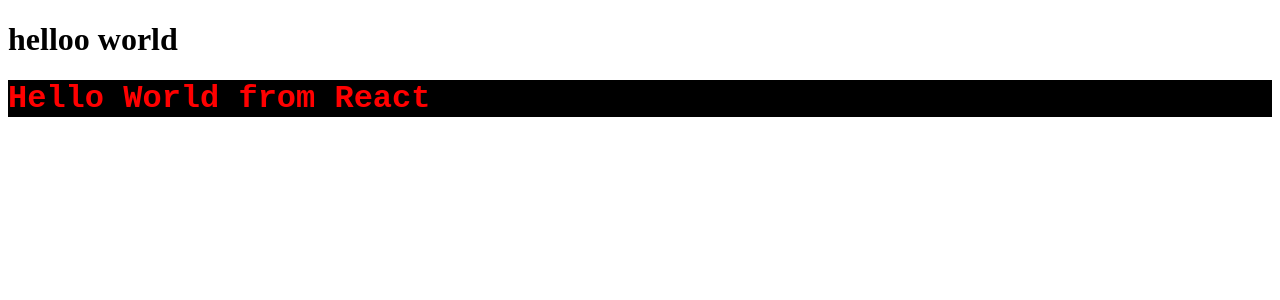
Repository: priyankanandre/Namste-React
Page: index.html
These files come from the project's save history. The page is drawn as it stood at one moment and after the next save; the edit follows.
The browser window is 1280 px wide. The pictures show the whole page.

Above is the page before, as saved 2024-02-22 06:03:55.

After the next save:
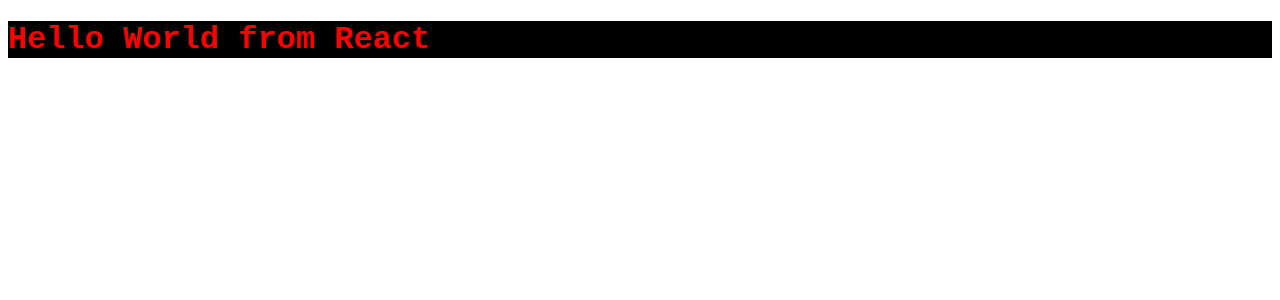
Saved 31 s later.
--- a/index.html
+++ b/index.html
@@ -7,7 +7,6 @@
     <title>Document</title>
 </head>
 <body>
-    <h1>helloo world</h1>
     <div id="root"></div>
     <script crossorigin src="https://unpkg.com/react@18/umd/react.development.js"></script>
     <script crossorigin src="https://unpkg.com/react-dom@18/umd/react-dom.development.js"></script>
